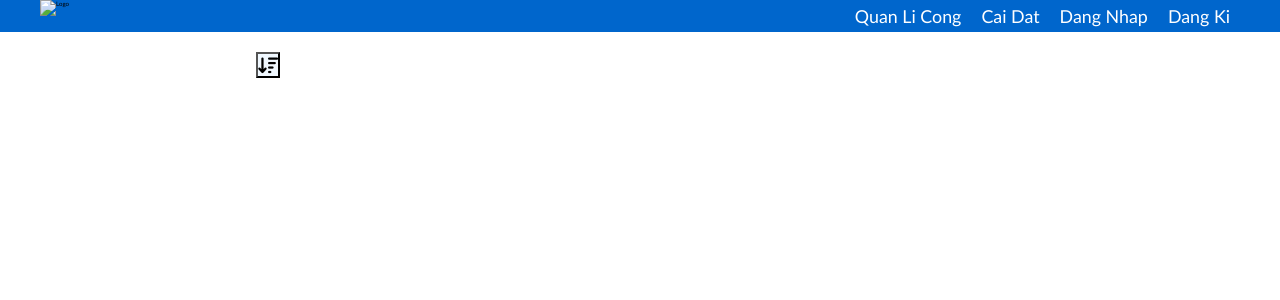
Repository: LDDUNG2003/a
Page: index.html
The author's editor kept a copy of each file at every save. The page is drawn from the files as they stood at one save, then again after the next save.
The browser window is 1280 px wide. The pictures show the whole page.
Some web libraries are served in a nearby version.

Above is the page before, as saved 2023-10-12 14:33:23.

### index.html
<!DOCTYPE html>
<html lang="en">

<head>
    <meta charset="UTF-8">
    <meta name="viewport" content="width=device-width, initial-scale=1.0">
    <title>Document</title>
    <link rel="stylesheet" href="./controlView/css/base.css">
    <link rel="stylesheet" href="./controlView/css/index.css">
</head>

<body>
    <div class="main">
        <div class="header">
            <div class="navBar">
                <img src="" alt="Logo">
                <ul class="navBar-list">
                    <li class="navBar-list--item">
                        <a href="./" class="navBar-list--link">quan li cong</a>
                    </li>
                    <li class="navBar-list--item">
                        <a href="./" class="navBar-list--link">cai dat</a>
                    </li>
                    <li class="navBar-list--item">
                        <a href="./" class="navBar-list--link">dang nhap</a>
                    </li>
                    <li class="navBar-list--item">
                        <a href="./" class="navBar-list--link">dang ki</a>
                    </li>
                </ul>
            </div>
        </div>
        <div class="content">
            <div class="heading-content">
                <div class="heading-search">
                    <input class="search-input" type="text">
                    <button class="search-btn">
                        <i style="font-size: 1.8rem;" class="fa-solid fa-arrow-down-wide-short" style="color: #eeeeec;"></i>
                    </button>
                </div>
            </div>
        </div>
    </div>
    <script src="https://kit.fontawesome.com/9ffed7d99e.js" crossorigin="anonymous"></script>
</body>

</html>

### controlView/css/base.css
:root {
    --primary-color: #0066cc;
    --text-color: #414141;
}

* {
    padding: 0px;
    margin: 0px;
    font-size: 0.62rem;
    font-family: 'Trebuchet MS', 'Lucida Sans Unicode', 'Lucida Grande', 'Lucida Sans', Arial, sans-serif;
}

.main {
    width: 100%;
    margin: auto;
}

.header {
    width: 100%;
    background-color: var(--primary-color);
}

.navBar {
    width: 100%;
    max-width: 1200px;
    margin: auto;
    display: flex;
    justify-content: space-between;
}

.navBar-list {
    display: flex;
    list-style: none;
    font-size: 1.6rem;
}

.navBar-list--item {}

.navBar-list--link:hover {
    background-color: #fff;
    color: black;
}

.navBar-list--link {
    color: #fff;
    font-size: 1.8rem;
    font-weight: 500;
    text-decoration: none;
    text-transform: capitalize;
    padding: 5px 10px;
    display: block;
}

.content {
    width: 100%;
    max-width: 1200px;
    margin: auto;
    padding-top: 20px;
}

### controlView/css/index.css
.heading-content {
    position: relative;
}

.heading-search {
    width: 240px;
    position: relative;
}

.search-input {
    font-size: 1.8rem;
    width: 240px;
    border: none;
}

.search-btn {
    background-color: aliceblue;
    font-size: 1.8rem;
    position: absolute;
    top: 0px;
    right: 0px;
    height: auto;
    width: auto;
}

After the next save:
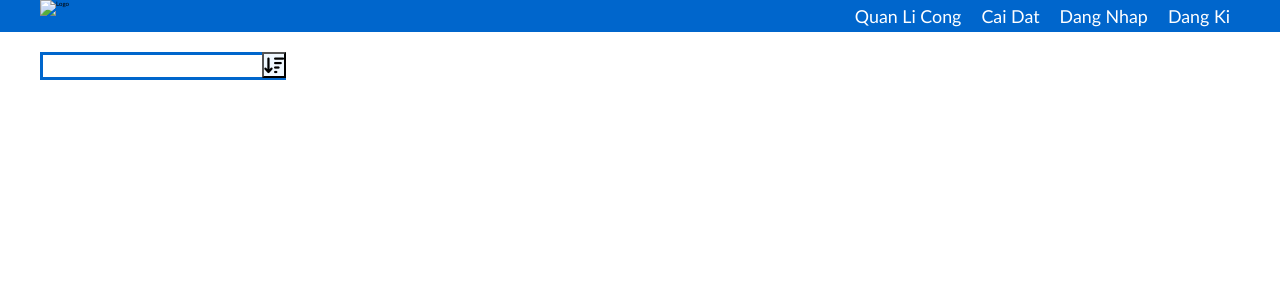
Saved 32 s later.
--- a/controlView/css/index.css
+++ b/controlView/css/index.css
@@ -5,6 +5,8 @@
 .heading-search {
     width: 240px;
     position: relative;
+    padding: 3px;
+    background-color: var(--primary-color);
 }
 
 .search-input {
